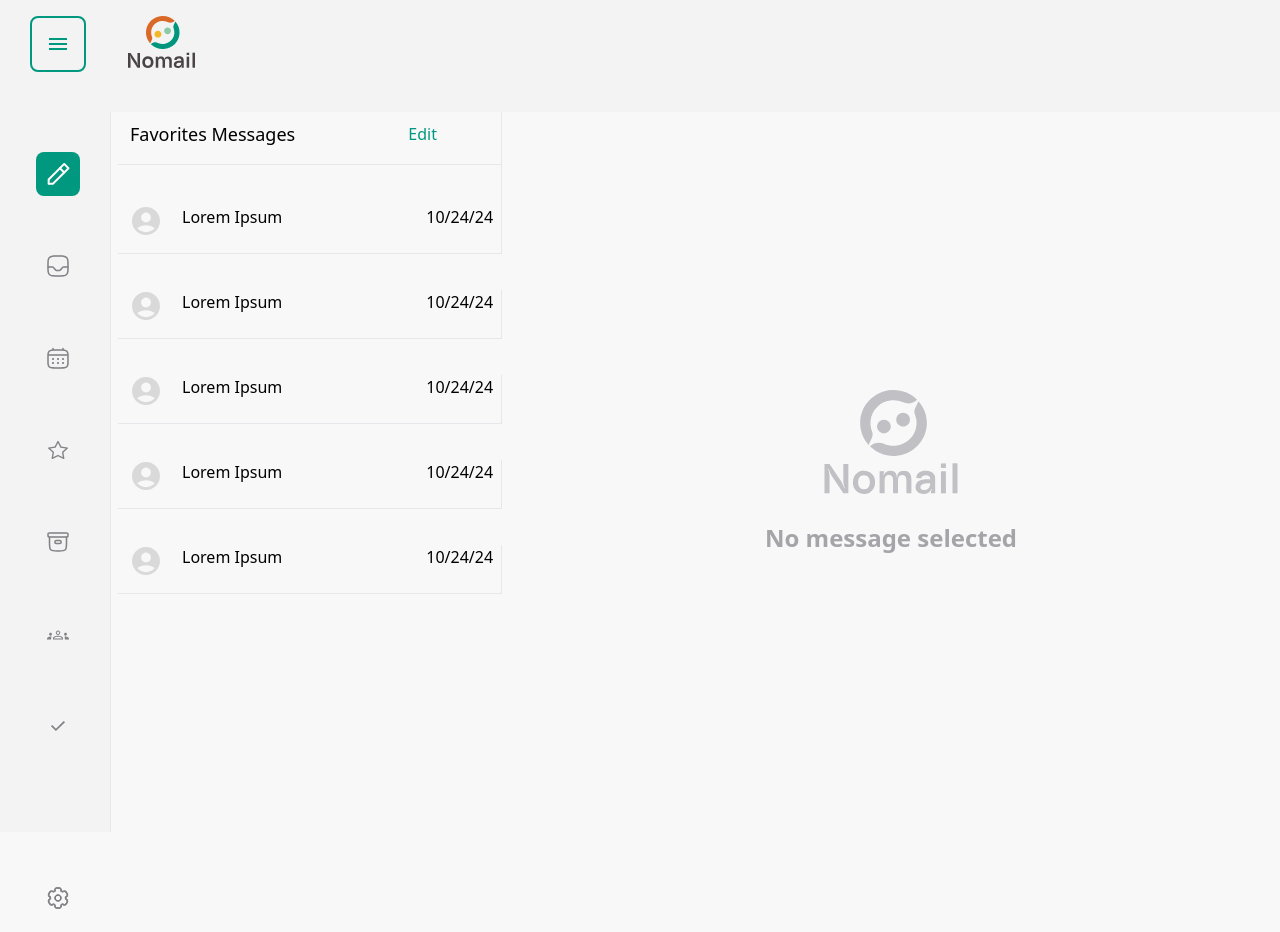
Repository: Tofigkh1/Nomail-Project
Page: /archive (app in client/)
These files come from the project's save history. The page is drawn as it stood at one moment and after a run of saves; the edit follows.
The browser window is 1280 px wide. The pictures show the whole page.
The project was rebuilt for these pictures with package versions that can differ from the ones it lists, and the page was loaded fresh each time. The framework's server and built-in components were replaced by stand-ins that run in the browser. Also part of the build but not shown: client/next.config.mjs, client/components/shared/svg/calendarActiveSvg.jsx, client/components/shared/svg/FavoritesActiveSvg.jsx.

Above is the page before, as saved 2024-10-30 05:03:03.

### client/app/layout.tsx

import type { Metadata } from "next";
import localFont from "next/font/local";
import "./Styles/globals.css";


const geistSans = localFont({
  src: "./fonts/GeistVF.woff",
  variable: "--font-geist-sans",
  weight: "100 900",
});
const geistMono = localFont({
  src: "./fonts/GeistMonoVF.woff",
  variable: "--font-geist-mono",
  weight: "100 900",
});

export const metadata: Metadata = {
  title: "Create Next App",
  description: "Generated by create next app",
};

export default function RootLayout({
  children,
}: Readonly<{
  children: React.ReactNode;
}>) {
  return (
    <html lang="en">
      <body
        className={`${geistSans.variable} ${geistMono.variable} antialiased`}
      >
        {children}

      </body>
    </html>
  );
}

### client/app/Styles/globals.css
@tailwind base;
@tailwind components;
@tailwind utilities;

body{
  background-color: #f8f8f8;
}

.App {
  font-family: sans-serif;
  text-align: center;
}


:root {
  --background: #ffffff;
  --foreground: #171717;
}

@media (prefers-color-scheme: dark) {
  :root {
    --background: #0a0a0a;
    --foreground: #ededed;
  }
}


@layer utilities {
  .text-balance {
    text-wrap: balance;
  }
}

### client/components/shared/client/SideBarMenu/sideBarMenu.tsx
'use client';
import React, {  useContext, ReactNode } from "react";
// import { ChevronFirst, ChevronLast } from "lucide-react";


export const SidebarContext = React.createContext<{ expanded: boolean; setExpanded: (expanded: boolean) => void; }>({
    expanded: false,
    setExpanded: () => {},
});

// Sidebar component now depends on context for state
export default function Sidebar({ children }: { children: ReactNode }) {
    const { expanded } = useContext(SidebarContext);

    return (
        <aside className="h-screen bg-headerColor">
            <nav
                className={`h-full flex flex-col bg-headerColor border-r border-whiteLight3 transition-all duration-200 ease-in-out ml-3 ${expanded ? "w-[127%] h-[130%] " : "w-[99px]"}`}>

                <ul className=" flex-1 px-3">{children}</ul>
            </nav>
        </aside>
    );
}

// SidebarItem component for individual items inside the sidebar
type SidebarItemProps = {
    icon: ReactNode;   // Icon to display in the sidebar item
    text: string;      // Text to display in the sidebar item
    active: boolean;   // Boolean to determine if the item is active (highlighted)
    onClick: () => void; // Add onClick function to handle clicks
    style?: React.CSSProperties;
};

export function SidebarItem({icon, text, active, onClick,style}: SidebarItemProps) {
    const context = useContext(SidebarContext); // Sidebar context to manage expanded/collapsed state
    const {expanded} = context!;

    return (

        <li
            onClick={onClick} // Attach the click handler here
            style={style}
            className={`group relative flex items-center py-2 px-3 my-1 font-medium rounded-md cursor-pointer transition-colors mt-8
                ${
                  active
                    ? "text-mainRedLight" // Active item style
                    : expanded || active // Eğer expanded true ise hover stilini ekle
                    ? "hover:bg-textColorGreen"
                    : "" // Expanded değilse hover stili olmasın
                }`}
        >

            <span className="text-xl transition-all duration-300 ease-in-out">
        {icon}
      </span>

            {/* Text büyütüldü ve boşluk artırıldı */}
            {expanded && (
                <span className="ml-4 text-xl text-black transition-all duration-300 ease-in-out ">
          {text}
        </span>
            )}


            {!expanded && (
                <span
                    className={` absolute left-full whitespace-nowrap bg-textColorGreen text-white rounded-md py-1 px-2 transition-all duration-300 ease-in-out ml-2 opacity-0 group-hover:opacity-100`}
                >
          {text}
        </span>
            )}
        </li>
    );
}

### client/components/shared/svg/newMail.jsx
'use client'
export default function  newMail(){
    return(
        <>
            <svg width="44" height="44" viewBox="0 0 44 44" fill="none" xmlns="http://www.w3.org/2000/svg">
                <rect width="44" height="44" rx="8" fill="#00987F"/>
                <path fill-rule="evenodd" clip-rule="evenodd"
                      d="M27.5115 11.2439C27.902 10.8534 28.5351 10.8534 28.9257 11.2438L33.1687 15.4863C33.3562 15.6739 33.4616 15.9282 33.4616 16.1935C33.4616 16.4587 33.3562 16.7131 33.1687 16.9006L17.6122 32.4571C17.4247 32.6446 17.1703 32.75 16.9051 32.75H12.6626C12.1103 32.75 11.6626 32.3023 11.6626 31.75V27.5075C11.6626 27.2423 11.768 26.9879 11.9555 26.8004L27.5115 11.2439ZM28.2187 13.3652L13.6626 27.9217V30.75H16.4909L31.0473 16.1935L28.2187 13.3652Z"
                      fill="white"/>
                <path fill-rule="evenodd" clip-rule="evenodd"
                      d="M23.269 15.4864C23.6595 15.0959 24.2927 15.0959 24.6832 15.4864L28.9257 19.7289C29.3162 20.1194 29.3162 20.7526 28.9257 21.1431C28.5352 21.5336 27.902 21.5336 27.5115 21.1431L23.269 16.9006C22.8784 16.5101 22.8784 15.8769 23.269 15.4864Z"
                      fill="white"/>
            </svg>


        </>
    )
}

### client/components/shared/svg/FavoritesSvg.jsx
'use client'
export default function  favoritesSvg(){
    return(
        <>
            <svg width="44" height="44" viewBox="0 0 44 44" fill="none" xmlns="http://www.w3.org/2000/svg">
                <path
                    d="M15.5808 30.2201C15.4833 30.7528 16.0307 31.1692 16.5132 30.9316L22.0006 28.2246L27.4868 30.9316C27.9693 31.1692 28.5168 30.7528 28.4193 30.2213L27.3818 24.5457L31.7842 20.5188C32.1967 20.142 31.9842 19.4533 31.4317 19.3789L25.3093 18.5438L22.5794 13.3517C22.5274 13.2465 22.4453 13.1576 22.3428 13.0953C22.2402 13.0331 22.1214 13 22 13C21.8787 13 21.7598 13.0331 21.6573 13.0953C21.5547 13.1576 21.4727 13.2465 21.4206 13.3517L18.6907 18.545L12.5683 19.3801C12.0171 19.4545 11.8033 20.1432 12.2146 20.52L16.6182 24.5469L15.5808 30.2225V30.2201ZM21.7119 26.8999L17.1045 29.1725L17.972 24.4245C17.9928 24.3152 17.9852 24.2026 17.9496 24.0969C17.914 23.9911 17.8517 23.8955 17.7682 23.8185L14.1358 20.4948L19.2007 19.8037C19.3054 19.788 19.4046 19.7484 19.4901 19.6883C19.5756 19.6281 19.6448 19.5492 19.6919 19.4581L21.9981 15.0688L24.3068 19.4581C24.354 19.5492 24.4232 19.6281 24.5086 19.6883C24.5941 19.7484 24.6934 19.788 24.7981 19.8037L29.863 20.4936L26.2306 23.8173C26.1469 23.8944 26.0844 23.9903 26.0488 24.0962C26.0133 24.2022 26.0057 24.315 26.0268 24.4245L26.8943 29.1725L22.2869 26.8999C22.1979 26.8555 22.0991 26.8324 21.9988 26.8324C21.8985 26.8324 21.8009 26.8555 21.7119 26.8999Z"
                    fill="#A4A4A9"/>
                <path
                    d="M15.5808 30.2201C15.4833 30.7528 16.0307 31.1692 16.5132 30.9316L22.0006 28.2246L27.4868 30.9316C27.9693 31.1692 28.5168 30.7528 28.4193 30.2213L27.3818 24.5457L31.7842 20.5188C32.1967 20.142 31.9842 19.4533 31.4317 19.3789L25.3093 18.5438L22.5794 13.3517C22.5274 13.2465 22.4453 13.1576 22.3428 13.0953C22.2402 13.0331 22.1214 13 22 13C21.8787 13 21.7598 13.0331 21.6573 13.0953C21.5547 13.1576 21.4727 13.2465 21.4206 13.3517L18.6907 18.545L12.5683 19.3801C12.0171 19.4545 11.8033 20.1432 12.2146 20.52L16.6182 24.5469L15.5808 30.2225V30.2201ZM21.7119 26.8999L17.1045 29.1725L17.972 24.4245C17.9928 24.3152 17.9852 24.2026 17.9496 24.0969C17.914 23.9911 17.8517 23.8955 17.7682 23.8185L14.1358 20.4948L19.2007 19.8037C19.3054 19.788 19.4046 19.7484 19.4901 19.6883C19.5756 19.6281 19.6448 19.5492 19.6919 19.4581L21.9981 15.0688L24.3068 19.4581C24.354 19.5492 24.4232 19.6281 24.5086 19.6883C24.5941 19.7484 24.6934 19.788 24.7981 19.8037L29.863 20.4936L26.2306 23.8173C26.1469 23.8944 26.0844 23.9903 26.0488 24.0962C26.0133 24.2022 26.0057 24.315 26.0268 24.4245L26.8943 29.1725L22.2869 26.8999C22.1979 26.8555 22.0991 26.8324 21.9988 26.8324C21.8985 26.8324 21.8009 26.8555 21.7119 26.8999Z"
                    fill="black" fill-opacity="0.2"/>
            </svg>


        </>
    )
}

### client/components/shared/svg/ArchiveSvg.jsx
'use client'
export default function archiveSvg(){
    return(
        <>
            <svg width="44" height="44" viewBox="0 0 44 44" fill="none" xmlns="http://www.w3.org/2000/svg">
                <path
                    d="M19 22C19 21.534 19 21.301 19.076 21.117C19.1777 20.8725 19.3723 20.6783 19.617 20.577C19.801 20.5 20.034 20.5 20.5 20.5H23.5C23.966 20.5 24.199 20.5 24.383 20.576C24.6275 20.6777 24.8217 20.8723 24.923 21.117C25 21.301 25 21.534 25 22C25 22.466 25 22.699 24.924 22.883C24.8223 23.1275 24.6277 23.3217 24.383 23.423C24.199 23.5 23.966 23.5 23.5 23.5H20.5C20.034 23.5 19.801 23.5 19.617 23.424C19.3725 23.3223 19.1783 23.1277 19.077 22.883C19 22.699 19 22.466 19 22Z"
                    stroke="#A4A4A9" stroke-width="1.5"/>
                <path
                    d="M19 22C19 21.534 19 21.301 19.076 21.117C19.1777 20.8725 19.3723 20.6783 19.617 20.577C19.801 20.5 20.034 20.5 20.5 20.5H23.5C23.966 20.5 24.199 20.5 24.383 20.576C24.6275 20.6777 24.8217 20.8723 24.923 21.117C25 21.301 25 21.534 25 22C25 22.466 25 22.699 24.924 22.883C24.8223 23.1275 24.6277 23.3217 24.383 23.423C24.199 23.5 23.966 23.5 23.5 23.5H20.5C20.034 23.5 19.801 23.5 19.617 23.424C19.3725 23.3223 19.1783 23.1277 19.077 22.883C19 22.699 19 22.466 19 22Z"
                    stroke="black" stroke-opacity="0.2" stroke-width="1.5"/>
                <path
                    d="M30.5 17V23C30.5 26.771 30.5 28.657 29.328 29.828C28.157 31 26.271 31 22.5 31H21.5C17.729 31 15.843 31 14.672 29.828C13.5 28.657 13.5 26.771 13.5 23V17"
                    stroke="#A4A4A9" stroke-width="1.5" stroke-linecap="round"/>
                <path
                    d="M30.5 17V23C30.5 26.771 30.5 28.657 29.328 29.828C28.157 31 26.271 31 22.5 31H21.5C17.729 31 15.843 31 14.672 29.828C13.5 28.657 13.5 26.771 13.5 23V17"
                    stroke="black" stroke-opacity="0.2" stroke-width="1.5" stroke-linecap="round"/>
                <path
                    d="M12 15C12 14.057 12 13.586 12.293 13.293C12.586 13 13.057 13 14 13H30C30.943 13 31.414 13 31.707 13.293C32 13.586 32 14.057 32 15C32 15.943 32 16.414 31.707 16.707C31.414 17 30.943 17 30 17H14C13.057 17 12.586 17 12.293 16.707C12 16.414 12 15.943 12 15Z"
                    stroke="#A4A4A9" stroke-width="1.5"/>
                <path
                    d="M12 15C12 14.057 12 13.586 12.293 13.293C12.586 13 13.057 13 14 13H30C30.943 13 31.414 13 31.707 13.293C32 13.586 32 14.057 32 15C32 15.943 32 16.414 31.707 16.707C31.414 17 30.943 17 30 17H14C13.057 17 12.586 17 12.293 16.707C12 16.414 12 15.943 12 15Z"
                    stroke="black" stroke-opacity="0.2" stroke-width="1.5"/>
            </svg>

        </>
    )
}

### client/components/shared/svg/TodoSvg.jsx
'use client'
export default function  todoSvg(){
    return(
        <>
            <svg width="44" height="44" viewBox="0 0 44 44" fill="none" xmlns="http://www.w3.org/2000/svg">
                <path d="M19.8957 27L15 22.2599L16.2239 21.0748L19.8957 24.6299L27.7761 17L29 18.185L19.8957 27Z"
                      fill="#A4A4A9"/>
                <path d="M19.8957 27L15 22.2599L16.2239 21.0748L19.8957 24.6299L27.7761 17L29 18.185L19.8957 27Z"
                      fill="black" fill-opacity="0.2"/>
            </svg>

        </>
    )
}

### client/components/shared/client/Header/header.tsx
'use client';
import { useContext } from "react";
import { SidebarContext } from '../SideBarMenu/sideBarMenu'; // Import context
import NomailLogo from "@/components/shared/svg/headerlLogoSvg";
import HamburgerBtnSvg from "../../svg/hamburgerBtnSvg"



export default function Header() {

    const { expanded, setExpanded } = useContext(SidebarContext); // Access context

    return (
        <div className="flex items-center justify-between p-4 bg-headerColor text-white">
            <div className='w-auto h-20 flex gap-14'>

                <div>
                    <button onClick={() => setExpanded(!expanded)}
                            className="pl-3.5  hover:bg-clientButtonGreen w-14 h-11">
                        <HamburgerBtnSvg/>
                    </button>
                </div>

                <div>
                    <NomailLogo/>
                </div>


            </div>
        </div>
    );
}

### client/components/shared/client/archiveMessage/index.tsx
// import CheckboxComponent from "../CheckBox";
// import SearchIconSvg from "../../svg/SearchIconSvg";
import ProfileSvg from "../../../../components/shared/svg/ProfileSvg"

export default function ArchiveMessage() {

    return (
        <>

        <div className=" flex flex-col gap-9">
            <div className='w-96  border-r border-whiteLight3 '>


                <div className='flex text-textColGreen font-medium justify-between mt-2'>
                <h1 className="text-black ml-3 text-lg">Favorites Messages</h1>
                    <button className=" mr-16">Edit</button>
                </div>
                <div className="border-b border-whiteLight3 mt-4 w-full"></div>



                <div className=" mt-10">

                    <div className=" flex gap-36 ml-3">



                <div className=" flex gap-5">
                <ProfileSvg/>
                <h1>Lorem Ipsum</h1>

                </div>

                <div>
                <h1 className="">10/24/24</h1>
                </div>

                </div>



                </div>

                <div className="border-b border-whiteLight3 mt-4 w-full">

                </div>
            </div>


            <div className='w-96  border-r border-whiteLight3  '>


               <div className=" flex gap-36 ml-3">



           <div className=" flex gap-5">
           <ProfileSvg/>
           <h1>Lorem Ipsum</h1>

           </div>

           <div>
           <h1 className="">10/24/24</h1>
           </div>

           </div>


           <div className="border-b border-whiteLight3 mt-4 w-full">
           </div>
           </div>

           <div className='w-96  border-r border-whiteLight3  '>


           <div className=" flex gap-36 ml-3">



       <div className=" flex gap-5">
       <ProfileSvg/>
       <h1>Lorem Ipsum</h1>

       </div>

       <div>
       <h1 className="">10/24/24</h1>
       </div>

       </div>


       <div className="border-b border-whiteLight3 mt-4 w-full">
       </div>
       </div>


       <div className='w-96  border-r border-whiteLight3  '>


           <div className=" flex gap-36 ml-3">



       <div className=" flex gap-5">
       <ProfileSvg/>
       <h1>Lorem Ipsum</h1>

       </div>

       <div>
       <h1 className="">10/24/24</h1>
       </div>

       </div>


       <div className="border-b border-whiteLight3 mt-4 w-full">
       </div>
       </div>



       <div className='w-96  border-r border-whiteLight3  '>


           <div className=" flex gap-36 ml-3">



       <div className=" flex gap-5">
       <ProfileSvg/>
       <h1>Lorem Ipsum</h1>

       </div>

       <div>
       <h1 className="">10/24/24</h1>
       </div>

       </div>


       <div className="border-b border-whiteLight3 mt-4 w-full">
       </div>
       </div>
           </div>
        </>
    );
}

### client/components/shared/svg/hamburgerBtnSvg.jsx
'use client'
export default function  HamburgerBtnSvg(){
    return(
        <>
            <svg width="56" height="56" viewBox="0 0 56 56" fill="none" xmlns="http://www.w3.org/2000/svg">
                <rect x="1" y="1" width="54" height="54" rx="7" stroke="#00987F" stroke-width="2"/>
                <path d="M19 22H37V24H19V22ZM19 27H37V29H19V27ZM19 32H37V34H19V32Z" fill="#00987F"/>
            </svg>


        </>
    )
}

### client/components/shared/svg/ProfileSvg.jsx
'use client'
export default function  ProfileSvg(){
    return(
        <>


            <svg width="32" height="32" viewBox="0 0 32 32" fill="none" xmlns="http://www.w3.org/2000/svg">
<g clip-path="url(#clip0_1904_19120)">
<path fill-rule="evenodd" clip-rule="evenodd" d="M16 2C8.2678 2 2 8.2678 2 16C2 23.7322 8.2678 30 16 30C23.7322 30 30 23.7322 30 16C30 8.2678 23.7322 2 16 2ZM11.1 12.5C11.1 11.8565 11.2267 11.2193 11.473 10.6249C11.7192 10.0304 12.0802 9.49018 12.5352 9.03518C12.9902 8.58017 13.5304 8.21924 14.1249 7.97299C14.7193 7.72674 15.3565 7.6 16 7.6C16.6435 7.6 17.2807 7.72674 17.8751 7.97299C18.4696 8.21924 19.0098 8.58017 19.4648 9.03518C19.9198 9.49018 20.2808 10.0304 20.527 10.6249C20.7733 11.2193 20.9 11.8565 20.9 12.5C20.9 13.7996 20.3838 15.0459 19.4648 15.9648C18.5459 16.8838 17.2996 17.4 16 17.4C14.7004 17.4 13.4541 16.8838 12.5352 15.9648C11.6162 15.0459 11.1 13.7996 11.1 12.5ZM24.7612 22.9776C23.7129 24.2955 22.3805 25.3597 20.8635 26.0908C19.3465 26.8219 17.684 27.2011 16 27.2C14.316 27.2011 12.6535 26.8219 11.1365 26.0908C9.61949 25.3597 8.28713 24.2955 7.2388 22.9776C9.5082 21.3494 12.605 20.2 16 20.2C19.395 20.2 22.4918 21.3494 24.7612 22.9776Z" fill="#D9D9D9"/>
</g>
<defs>
<clipPath id="clip0_1904_19120">
<rect width="32" height="32" fill="white"/>
</clipPath>
</defs>
</svg>


        </>
    )
}

### client/tailwind.config.ts
import type { Config } from "tailwindcss";

const config: Config = {
  content: [
    "./pages/**/*.{js,ts,jsx,tsx,mdx}",
    "./components/**/*.{js,ts,jsx,tsx,mdx}",
    "./app/**/*.{js,ts,jsx,tsx,mdx}",
  ],
  theme: {
    extend: {
      colors: {
        background: "var(--background)",
        foreground: "var(--foreground)",
        headerColor: "#F3F3F3",
        textColorGreen: "#00987F",
        textGray: "#A4A4A9",
        sideBarColor: "#E5E5E5",
        textColGreen: "#00987F",
        bordersColor: "#D1D1D6"
      },
    },
  },
  plugins: [],
};
export default config;

### client/components/shared/client/CheckBox/index.tsx
import { useState } from 'react';

export default function CheckboxComponent() {

    const [isChecked, setIsChecked] = useState(false);


    const handleCheckboxChange = (event: React.ChangeEvent<HTMLInputElement>) => {
        setIsChecked(event.target.checked);
    };

    return (
        <div className="p-4 ">
            <label className="flex items-center space-x-2 ">
                <input
                    type="checkbox"
                    checked={isChecked}
                    onChange={handleCheckboxChange}
                    className="h-4 w-4"
                />

            </label>
        </div>
    );
}

Loaded but not shown: client/components/shared/svg/settingSvg.jsx (25 lines, source omitted); client/components/shared/svg/calendarSvg.jsx (31 lines, source omitted); client/components/shared/svg/InboxSvg.jsx (17 lines, source omitted); client/components/shared/svg/groupSvg.jsx (17 lines, source omitted); client/components/shared/svg/nomailPaleSvg.jsx (38 lines, source omitted); client/components/shared/svg/headerlLogoSvg.jsx (38 lines, source omitted); client/app/archive/page.tsx (111 lines, source omitted)

After the next 7 saves:
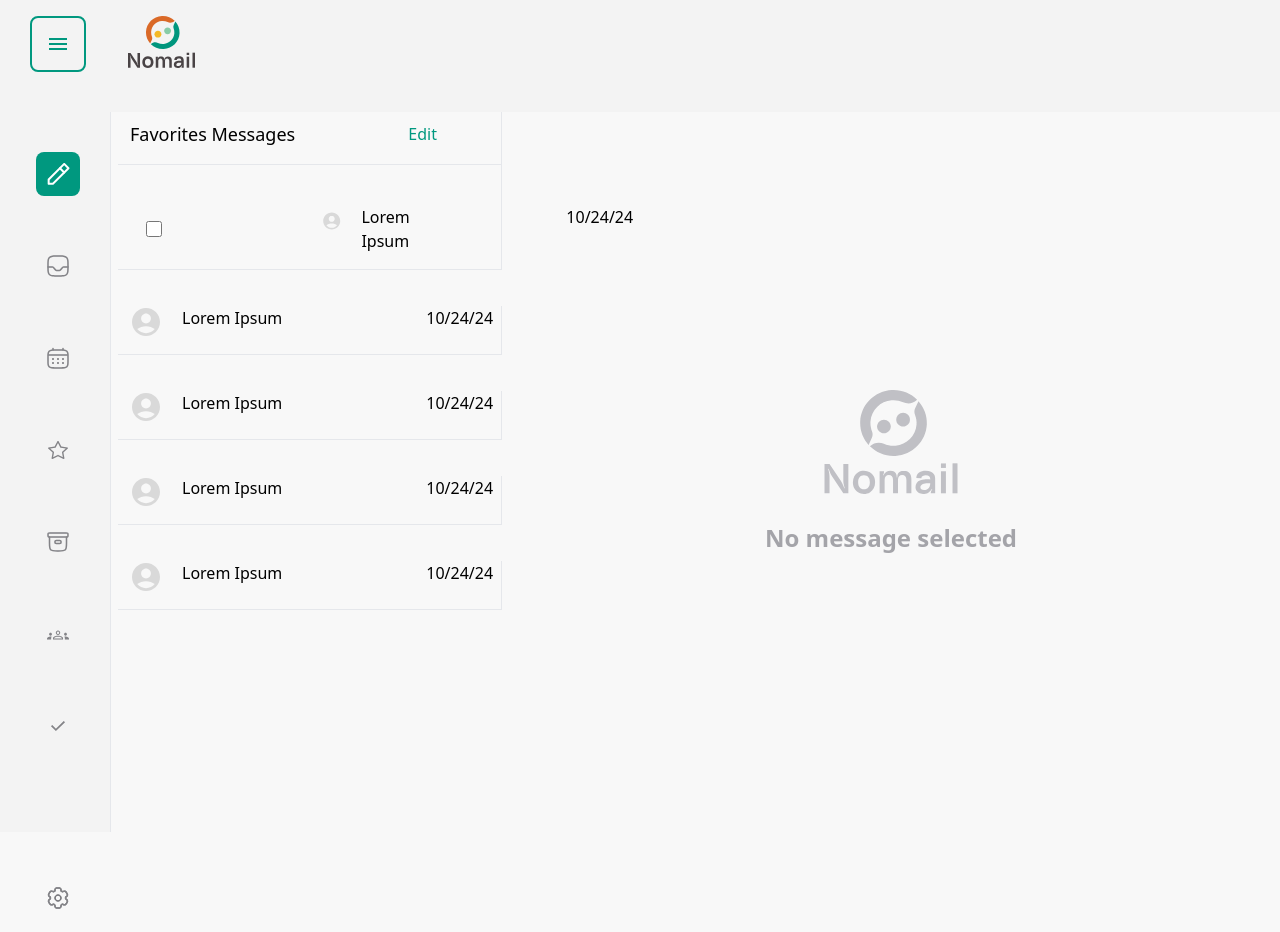
The 7 saves are shown as one change because 2 did not build or start and some came seconds apart.
The last was saved 55 s later.
--- a/client/components/shared/client/archiveMessage/index.tsx
+++ b/client/components/shared/client/archiveMessage/index.tsx
@@ -1,6 +1,7 @@
 // import CheckboxComponent from "../CheckBox";
 // import SearchIconSvg from "../../svg/SearchIconSvg";
 import ProfileSvg from "../../../../components/shared/svg/ProfileSvg"
+import CheckboxComponent from "../CheckBox";
 
 export default function ArchiveMessage() {
 
@@ -24,7 +25,9 @@ export default function ArchiveMessage() {
                     <div className=" flex gap-36 ml-3">
 
 
-
+               <div>
+                <CheckboxComponent/>
+               </div>
                 <div className=" flex gap-5">
                 <ProfileSvg/>
                 <h1>Lorem Ipsum</h1>
